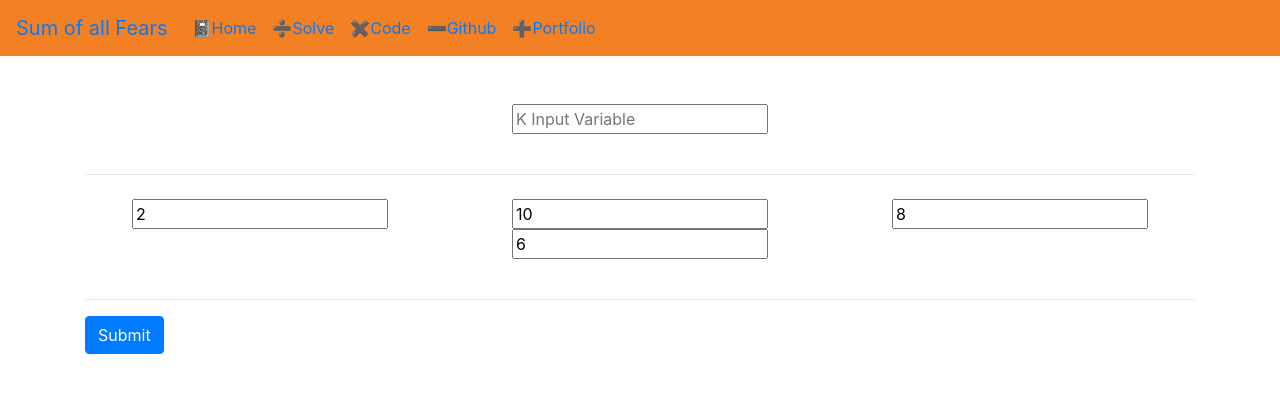
Repository: zhadjah9559/BrainBufferOverflow
Page: solve.html
These files come from the project's save history. The page is drawn as it stood at one moment and after the next save; the edit follows.
The browser window is 1280 px wide. The pictures show the whole page.

Above is the page before, as saved 2021-01-18 01:16:52.

### solve.html
<!doctype html>
<html lang="en">
  <head>
    <title>Title</title>
    <!-- Required meta tags -->
    <meta charset="utf-8">
    <meta name="viewport" content="width=device-width, initial-scale=1, shrink-to-fit=no">

    <!-- Bootstrap CSS -->
    <link rel="stylesheet" href="https://stackpath.bootstrapcdn.com/bootstrap/4.3.1/css/bootstrap.min.css" integrity="sha384-ggOyR0iXCbMQv3Xipma34MD+dH/1fQ784/j6cY/iJTQUOhcWr7x9JvoRxT2MZw1T" crossorigin="anonymous">
  </head>
  <body>

    <nav class="navbar navbar-expand-sm" style="background-color: #F48024;">
        <a class="navbar-brand" href="index.html">Sum of all Fears</a>
        <button class="navbar-toggler d-lg-none" type="button" data-toggle="collapse" data-target="#collapsibleNavId" aria-controls="collapsibleNavId"
            aria-expanded="false" aria-label="Toggle navigation"></button>
        <div class="collapse navbar-collapse" id="collapsibleNavId">
            <ul class="navbar-nav mr-auto mt-2 mt-lg-0">
                <li class="nav-item">
                    <a class="nav-link" href="index.html">📓Home </a>
                </li>
                <li class="nav-item active">
                    <a class="nav-link" href="solve.html">➗Solve<span class="sr-only">(current)</span></a>
                </li>
                 <li class="nav-item">
                    <a class="nav-link" href="code.html">✖Code</a>
                </li> <li class="nav-item">
                    <a class="nav-link" href="https://zacharyhadjah.netlify.app">➖Github</a>
                </li>
                <li class="nav-item">
                    <a class="nav-link" href="https://github.com/zhadjah9559/BrainBufferOverflow">➕Portfolio</a>
                </li>
            </ul>

        </div>
    </nav>

    <div class="container">

        <!--K input variable-->
       <div class="row justify-content-center mt-5">
            <input type="number" id="kInput" name="kInput"  placeholder="K Input Variable">
       </div>
       <br/>
       <hr/>

        <!--User Array Inputs-->
        <div class="row justify-content-center mt-4">
            <div class="col-md text-center">
                <input type="number" id="arrayInput1" name="arrayInput0" value="2" placeholder="2">
            </div>
            <div class="col-md text-center">
                <input type="number" id="arrayInput2" name="arrayInput1" value="10" placeholder="10">
            </div>
            <div class="col-md text-center">
                <input type="number" id="arrayInput3" name="arrayInput2" value="8" placeholder="8">
            </div>
            <div class="col-md text-center">
                <input type="number" id="arrayInput4" name="arrayInput3" value="6" placeholder="6">
            </div>
            <p id="output">  </p>
        </div>
        <br/>
        <hr/>

        <!---->
        <div class="row justify-content-center">
            <div class="col">
             <input  class="btn btn-primary" type="submit" id="submitBtn" name="submitBtn"/>
            </div>
        </div>


    </div>


    <!-- Optional JavaScript -->
    <!-- jQuery first, then Popper.js, then Bootstrap JS -->
    <script src="https://code.jquery.com/jquery-3.3.1.slim.min.js" integrity="sha384-q8i/X+965DzO0rT7abK41JStQIAqVgRVzpbzo5smXKp4YfRvH+8abtTE1Pi6jizo" crossorigin="anonymous"></script>
    <script src="https://cdnjs.cloudflare.com/ajax/libs/popper.js/1.14.7/umd/popper.min.js" integrity="sha384-UO2eT0CpHqdSJQ6hJty5KVphtPhzWj9WO1clHTMGa3JDZwrnQq4sF86dIHNDz0W1" crossorigin="anonymous"></script>
    <script src="https://stackpath.bootstrapcdn.com/bootstrap/4.3.1/js/bootstrap.min.js" integrity="sha384-JjSmVgyd0p3pXB1rRibZUAYoIIy6OrQ6VrjIEaFf/nJGzIxFDsf4x0xIM+B07jRM" crossorigin="anonymous"></script>
    <script src="js/site.js"></script>
  </body>
</html>

### js/site.js
    // document.getElementById("btnSubmit").addEventListener("click", doJsWork)

    // hardCodedArray = [10, 15, 3, 7];
    // let numk = parseInt(document.getElementById("kInput").value)
    // let found = false;

    // //Regular program that is working without extra credit
    // function doJsWork(){
    //     for(let i = 0; i = hardCodedArray.length -1; i++){
    //         for (let j = 1; j < hardCodedArray.length; j++) {
    //             if( hardCodedArray[i] + hardCodedArray[j] == numK ){
    //                 output.innerText = `Your number was found! ${hardCodedArray[i]} + ${hardCodedArray[j]} = ${numK}`
    //                 found = true;
    //                 break;
    //             }
    //         }
    //     }
    //     if(!found){
    //         output.innerText = `Your number was not found!`
    //     }
    // }

    //-----------------------------------------------------------------------------------
    //Extra credit
    let numK = document.getElementById("kInput");
    let results = document.getElementById("output");
    let userArray = []
    let ARRAY_SIZE = 4
    document.getElementById("submitBtn").addEventListener("click", evaluateUserInput);

    function evaluateUserInput(){
               //initialize the user inputs using a for loops
               for (let i = 0; i < ARRAY_SIZE; i++) {
                userArray[i] = document.getElementById(`${arrayInput[i]}`)
            }

            for(let i = 0; i = userArray.length -1; i++){
                for (let j = 1; j < userArray.length; j++) {
                    if( userArray[i] + userArray[j] == numK ){
                        output.innerText = `Your number was found! ${userArray[i]} + ${userArray[j]} = ${numK}`
                        found = true;
                        break;
                    }
                }
            }
            if(!found){
                output.innerText = `Your number was not found!`
            }
    }


    //generate array of length that will contain 20 elements
    //those 20 elements will all be random numbers
    // function generateArray() {
    //     let ARRAY_LENGTH = 20                                   //parseInt(document.getElementById("arrayNum").value);
    //     let randomArray = []
    //     for (let i = 0; i < ARRAY_LENGTH; i++) {
    //         randomArray.push(Math.floor(Math.random() * 100) + 1)
    //     }
    //     return randomArray;
    // }

After the next save:
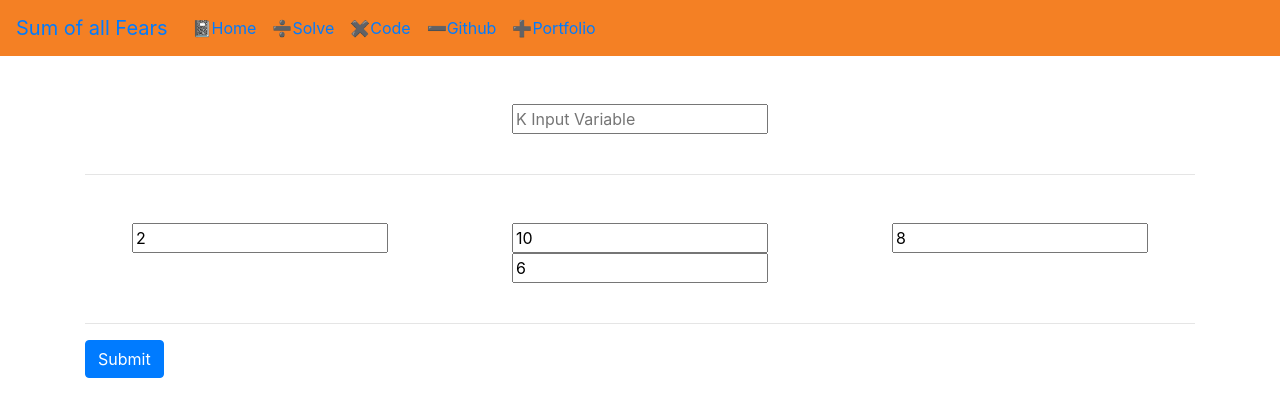
Saved 7 s later.
--- a/solve.html
+++ b/solve.html
@@ -46,7 +46,7 @@
        <hr/>
 
         <!--User Array Inputs-->
-        <div class="row justify-content-center mt-4">
+        <div class="row justify-content-center mt-5">
             <div class="col-md text-center">
                 <input type="number" id="arrayInput1" name="arrayInput0" value="2" placeholder="2">
             </div>
